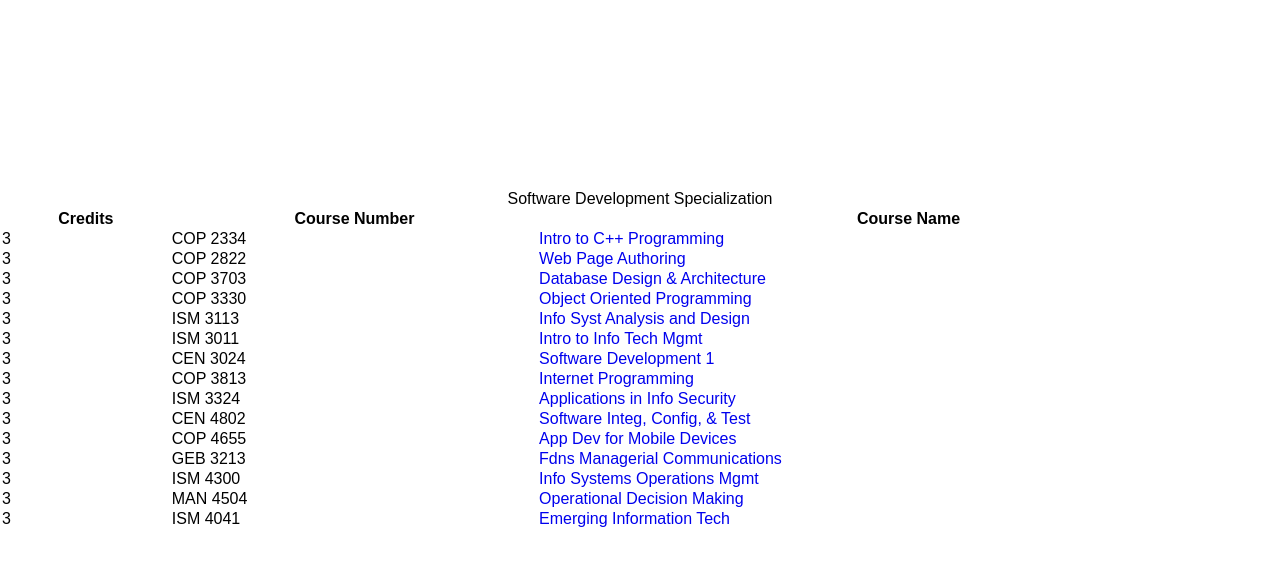
Repository: mlmEFSC21/P3-DegreeSpecializationTable
Page: index.html
The author's editor kept a copy of each file at every save. The page is drawn from the files as they stood at one save, then again after the next save.
The browser window is 1280 px wide. The pictures show the whole page.
Some web fonts or font styles are not loaded; a fallback is used.

Above is the page before, as saved 2022-02-01 20:49:25.

After the next save:
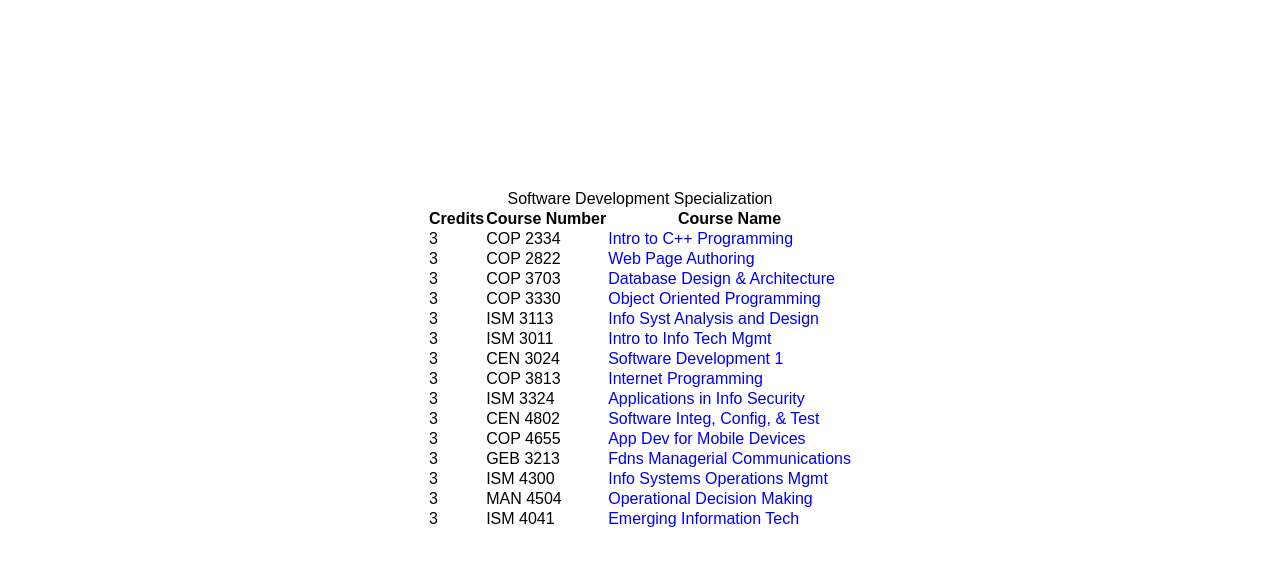
Saved 35 s later.
--- a/tableStyles.css
+++ b/tableStyles.css
@@ -19,7 +19,7 @@ body {
     height: 100vh;
     display: grid;
     align-items: center;
-    align-content: center;
+    justify-content: center;
 }
 table {
 }
